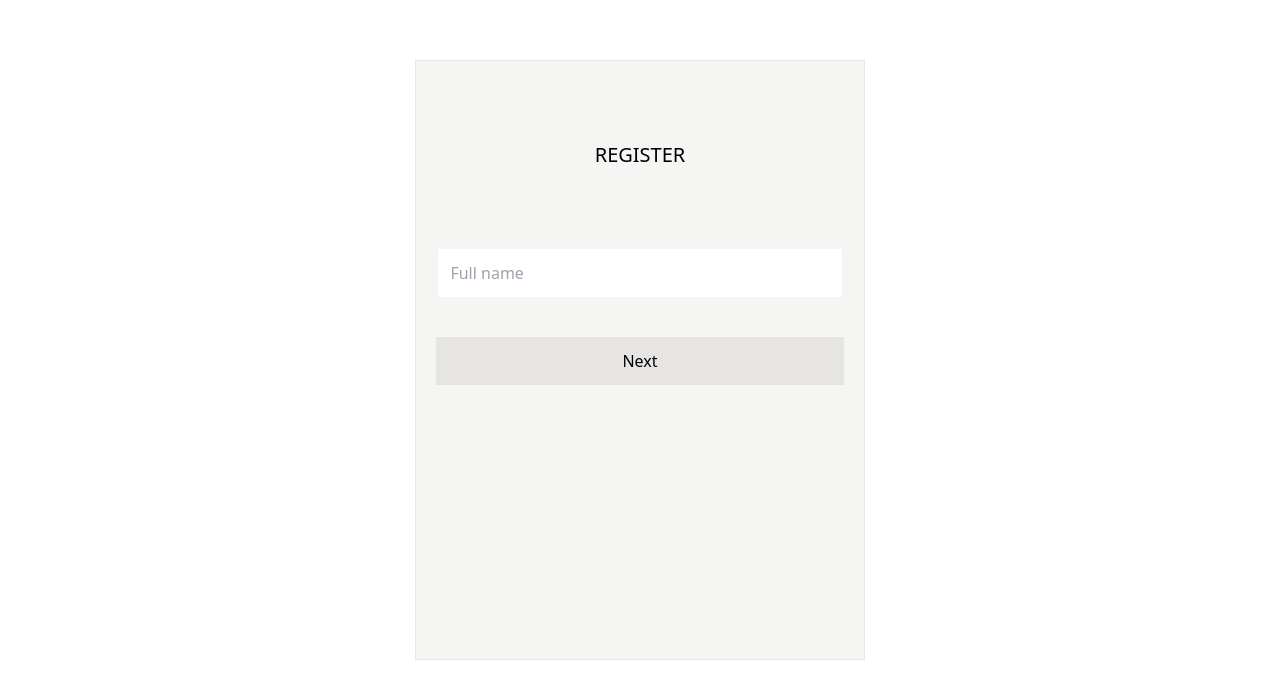
Repository: hsumyatm7308/oop-loginregister-php
Page: login.html
An editor plug-in stored every save of this project. The page is shown before and after the next save, followed by the edit.
The browser window is 1280 px wide. The pictures show the whole page.
Some web libraries are served in a nearby version.

Above is the page before, as saved 2023-08-01 14:00:49.

After the next save:
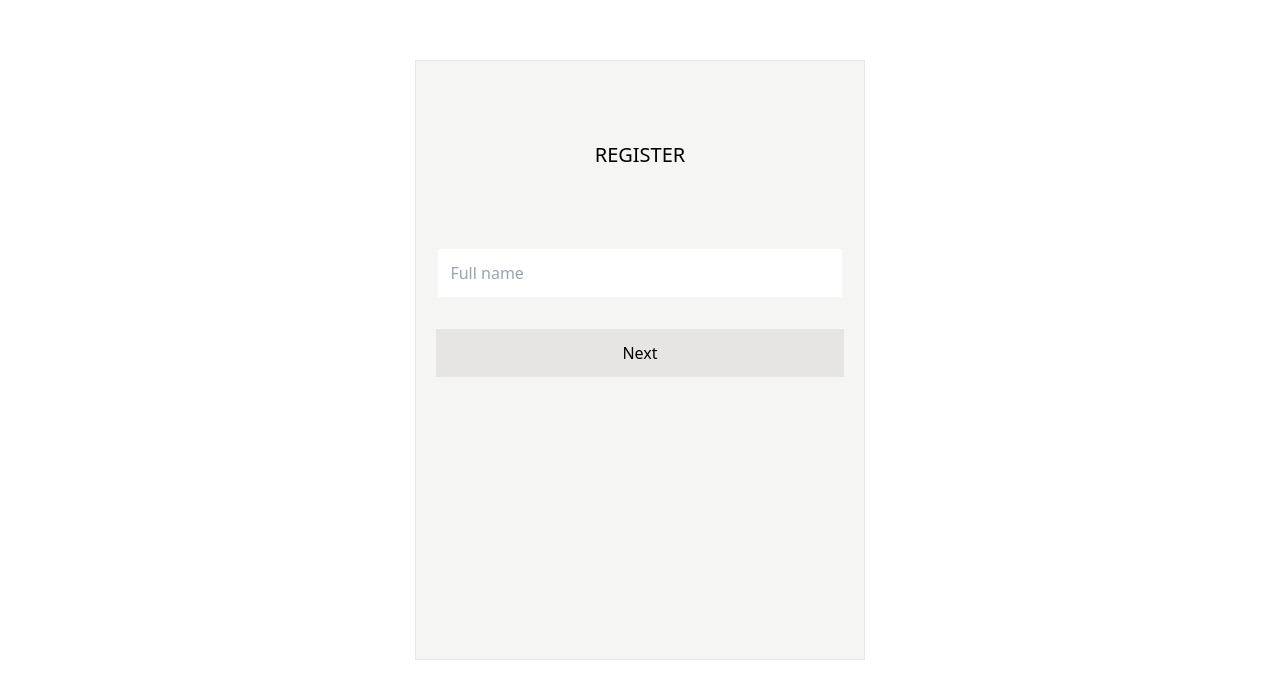
Saved 12 s later.
--- a/login.html
+++ b/login.html
@@ -15,7 +15,7 @@
 
         <form action="" class="w-full flex justify-center items-center flex-col mt-20">
             <div class="page w-full flex justify-center items-center">
-                <input type="text" class="w-[90%] p-3 mb-5 focus:outline-none" placeholder="Full name">
+                <input type="text" class="w-[90%] p-3 mb-3 focus:outline-none" placeholder="Full name">
             </div>
             <div class="page w-full flex justify-center items-center hidden">
                 <input type="text" class="w-[90%] p-3  mb-5 focus:outline-none" placeholder="username">
